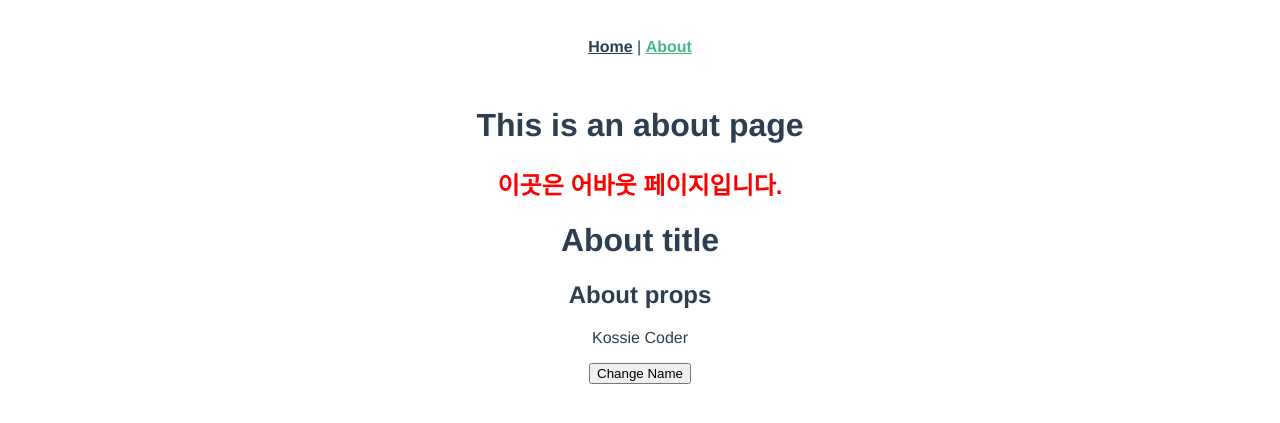
Repository: RyuGeunHwan/code_J
Page: /about (app in vue-props/)
An editor plug-in stored every save of this project. The page is shown before and after the next save, followed by the edit.
The browser window is 1280 px wide. The pictures show the whole page.
The project was rebuilt for these pictures with package versions that can differ from the ones it lists, and the page was loaded fresh each time. Also part of the build but not shown: vue-props/src/views/Home.vue.

Above is the page before, as saved 2022-08-12 08:30:14.

After the next save:
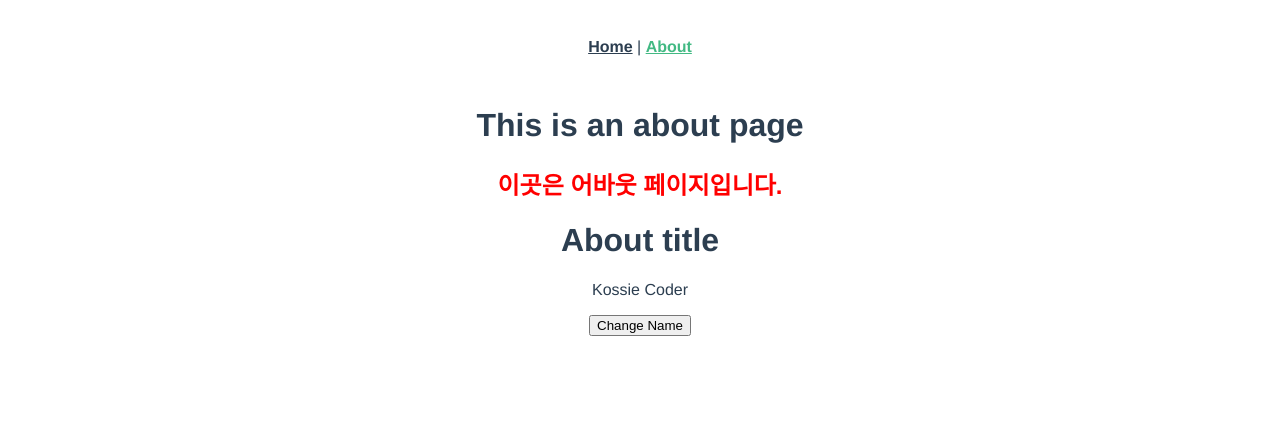
Saved 98 s later.
--- a/vue-props/src/components/KossieCoder.vue
+++ b/vue-props/src/components/KossieCoder.vue
@@ -9,7 +9,13 @@
 
 <script>
 export default {
-    props: ['title','props'],
+    props: {
+        title: {
+            type : String,
+            required : true
+            //required = 무조건 항상 보내줘야한다는것
+        }
+    },
     data(){
         return{
             name : 'Kossie Coder'
